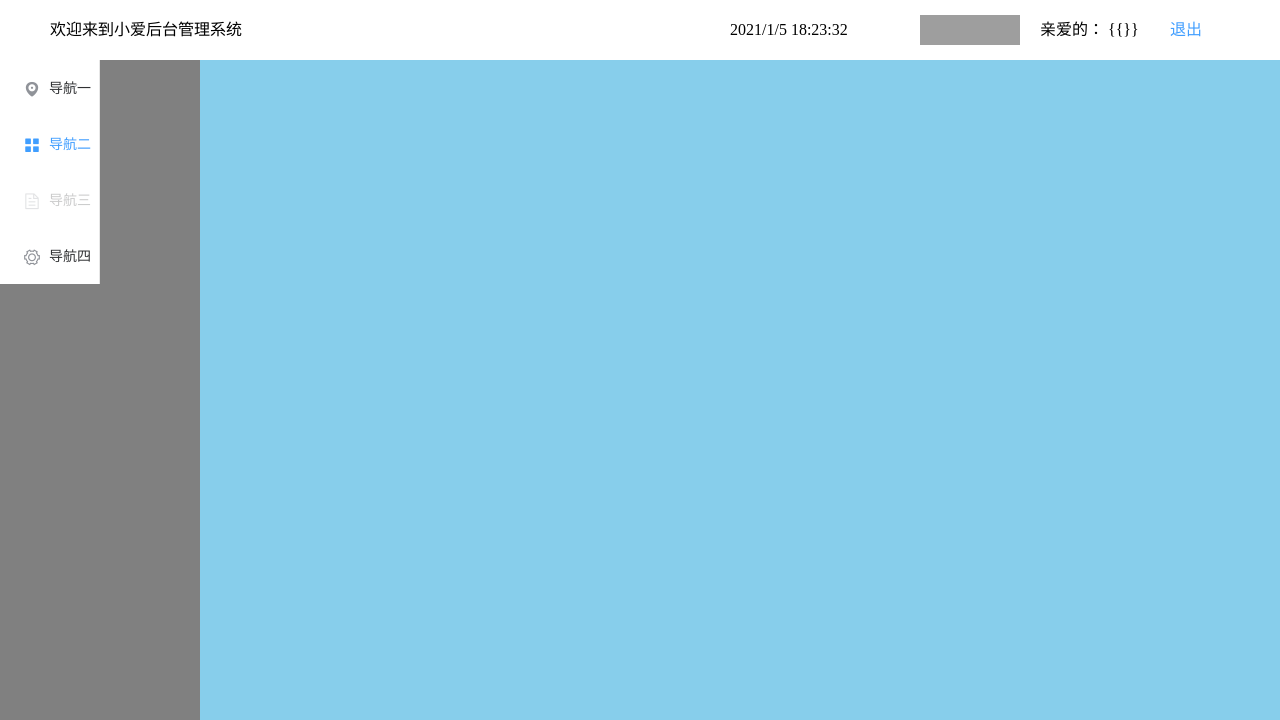
Repository: heyegang/vuex
Page: /
The author's editor kept a copy of each file at every save. The page is drawn from the files as they stood at one save, then again after the next save.
The browser window is 1280 px wide. The pictures show the whole page.
Pictures or frames that could not be fetched are drawn as grey boxes. The project was rebuilt for these pictures with package versions that can differ from the ones it lists, and the page was loaded fresh each time. Also part of the build but not shown: vue.config.js.

Above is the page before, as saved 2021-01-06 14:27:02.

After the next save:
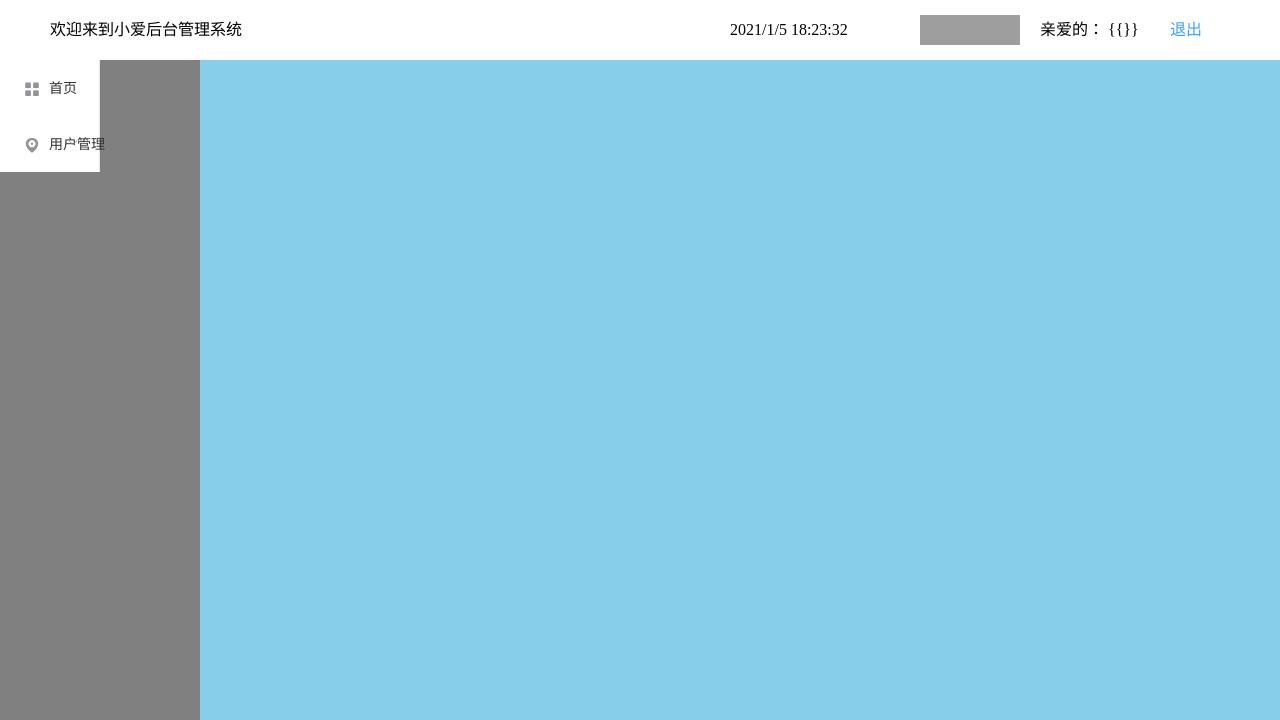
Saved 18 min 47 s later.
--- a/src/components/navsidebar/NavSidebar.vue
+++ b/src/components/navsidebar/NavSidebar.vue
@@ -7,36 +7,21 @@
       class="el-menu-vertical-demo"
       @open="handleOpen"
       @close="handleClose">
-      <el-submenu index="1">
+
+      <el-menu-item index="1">
+        <i class="el-icon-menu"></i>
+        <span slot="title">首页</span>
+      </el-menu-item>
+      <el-submenu index="2">
         <template slot="title">
           <i class="el-icon-location"></i>
-          <span>导航一</span>
+          <span>用户管理</span>
         </template>
-        <el-menu-item-group>
-          <template slot="title">分组一</template>
-          <el-menu-item index="1-1">选项1</el-menu-item>
-          <el-menu-item index="1-2">选项2</el-menu-item>
-        </el-menu-item-group>
-        <el-menu-item-group title="分组2">
-          <el-menu-item index="1-3">选项3</el-menu-item>
-        </el-menu-item-group>
         <el-submenu index="1-4">
           <template slot="title">选项4</template>
-          <el-menu-item index="1-4-1">选项1</el-menu-item>
         </el-submenu>
       </el-submenu>
-      <el-menu-item index="2">
-        <i class="el-icon-menu"></i>
-        <span slot="title">导航二</span>
-      </el-menu-item>
-      <el-menu-item index="3" disabled>
-        <i class="el-icon-document"></i>
-        <span slot="title">导航三</span>
-      </el-menu-item>
-      <el-menu-item index="4">
-        <i class="el-icon-setting"></i>
-        <span slot="title">导航四</span>
-      </el-menu-item>
+
     </el-menu>
   </el-col>
   </el-row>
@@ -49,7 +34,7 @@ export default {
   props:{},
   data () {
     return {
-        index:3
+
     }
   },
   components: {},
